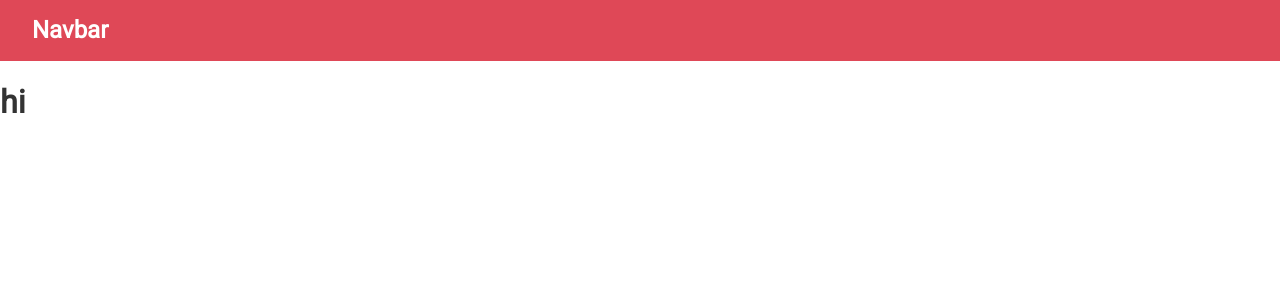
Repository: chonax/github-finder
Page: /about
An editor plug-in stored every save of this project. The page is shown before and after the next save, followed by the edit.
The browser window is 1280 px wide. The pictures show the whole page.
Some web libraries are served in a nearby version. The project was rebuilt for these pictures with package versions that can differ from the ones it lists, and the page was loaded fresh each time.

Above is the page before, as saved 2021-08-22 20:08:14.

### public/index.html
<!DOCTYPE html>
<html lang="en">
  <head>
    <meta charset="utf-8" />
    <link rel="icon" href="%PUBLIC_URL%/favicon.ico" />
    <meta name="viewport" content="width=device-width, initial-scale=1" />
    <meta name="theme-color" content="#000000" />
    <meta
      name="description"
      content="Web site created using create-react-app"
    />
    <link rel="apple-touch-icon" href="%PUBLIC_URL%/logo192.png" />

    <link rel="manifest" href="%PUBLIC_URL%/manifest.json" />
    <script src="https://kit.fontawesome.com/98884f96da.js" crossorigin="anonymous"></script>
    <title>Github Finder</title>
  </head>
  <body>
    <noscript>You need to enable JavaScript to run this app.</noscript>
    <div id="root"></div>
  </body>
</html>

### src/App.js
import React, { Component } from 'react';

import Navbar from './components/layout/Navbar';
import './App.css';

class App extends Component {
  render() {
    return (
      <div className="App">
        <Navbar />
        <h1>hi</h1>
      </div>
    );
  }

}

export default App;

### src/components/layout/Navbar.js
import React, { Component } from 'react'

export class Navbar extends Component {
  render() {
    return (
      <nav className="navbar bg-primary">
        <h1>Navbar</h1>
      </nav>
    )
  }
}

export default Navbar

Loaded but not shown: src/index.js (common file); src/reportWebVitals.js (common file); src/App.css (common file)

After the next save:
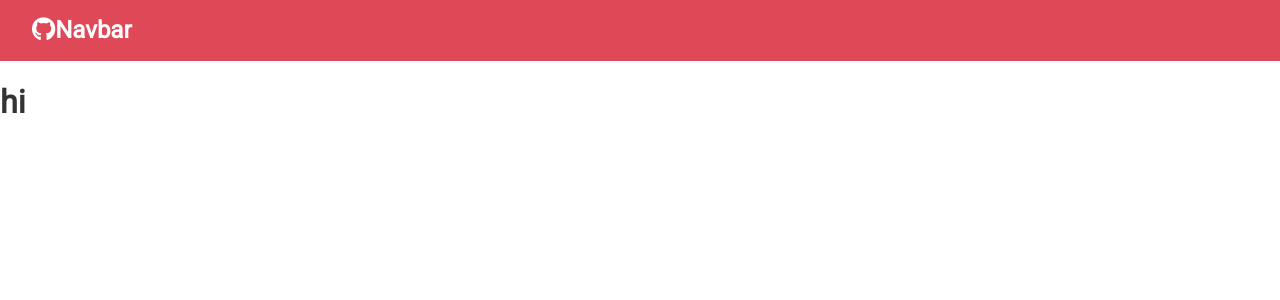
Saved 60 s later.
--- a/src/components/layout/Navbar.js
+++ b/src/components/layout/Navbar.js
@@ -4,7 +4,10 @@
   render() {
     return (
       <nav className="navbar bg-primary">
-        <h1>Navbar</h1>
+        <h1>
+          <i className="fab fa-github" />
+          Navbar
+        </h1>
       </nav>
     )
   }
